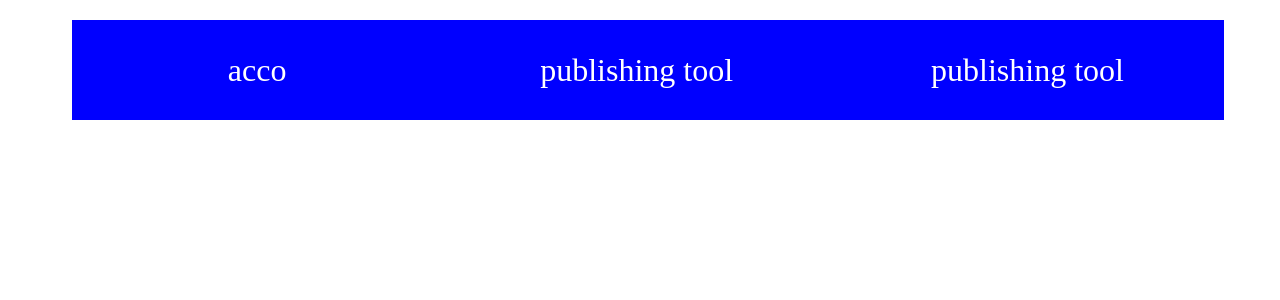
Repository: wimkinnet/Acco_Publish
Page: index.html
The author's editor kept a record of every edit. The page is drawn from the files as they stood at one moment, then again after the next edit.
The browser window is 1280 px wide. The pictures show the whole page.

Above is the page before.

After the next edit:
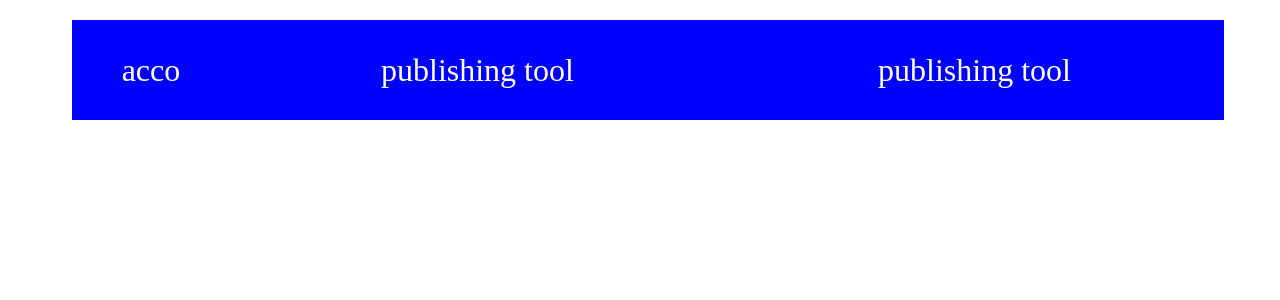
The edit:
--- a/index.html
+++ b/index.html
@@ -19,7 +19,6 @@
         height: 100%;
         color: white;
         font-size: 2rem;
-        width: 10%;
         text-align: center;
         vertical-align: middle;
       }
